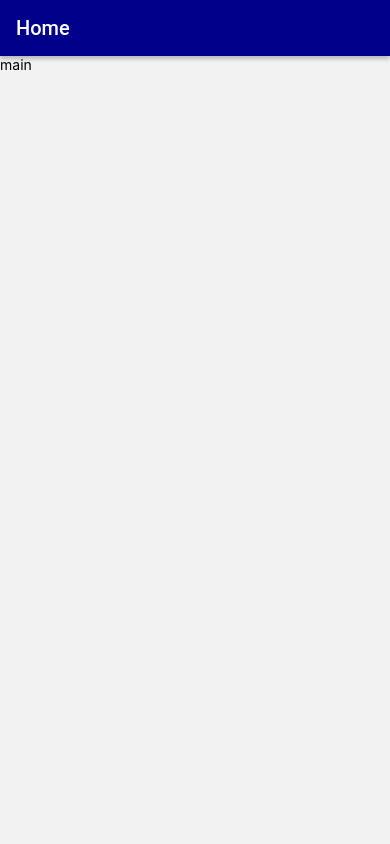
Repository: seyicoded/rn-crazy-algorithm-app
Screen: /, after clicking the first element matching `div.r-transitionProperty-1i6wzkk`
An editor plug-in stored every save of this project. The screen is shown before and after the next save, followed by the edit.
The app was drawn by React Native's web renderer in a window 390 px wide. The project was rebuilt for these pictures with package versions that can differ from the ones it lists, and the page was loaded fresh each time. Also part of the build but not shown: src/screens/filter.js, src/screens/advance.js.

Above is the screen before, as saved 2022-03-30 16:39:06.

After the next save:
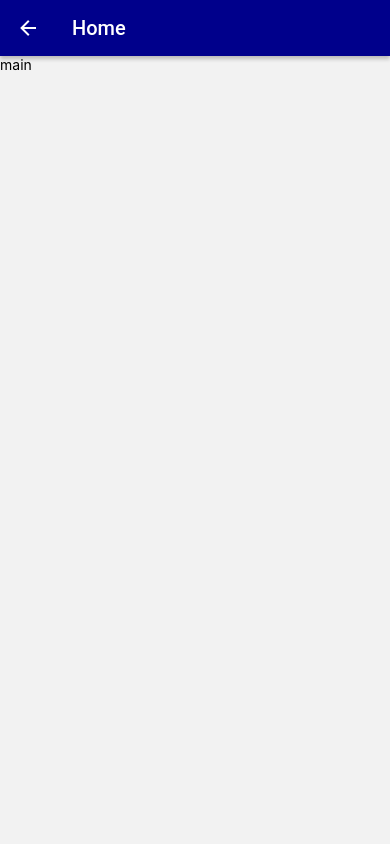
Saved 2 min 16 s later.
--- a/src/screens/sort.js
+++ b/src/screens/sort.js
@@ -6,7 +6,7 @@ import Header from '../layout/header'
 export default function Sort({route, navigation}) {
   return (
     <View>
-        <Header title="Home" visible={false} navigation={navigation} />
+        <Header title="Home" visible={true} navigation={navigation} />
       <Text>main</Text>
     </View>
   )
